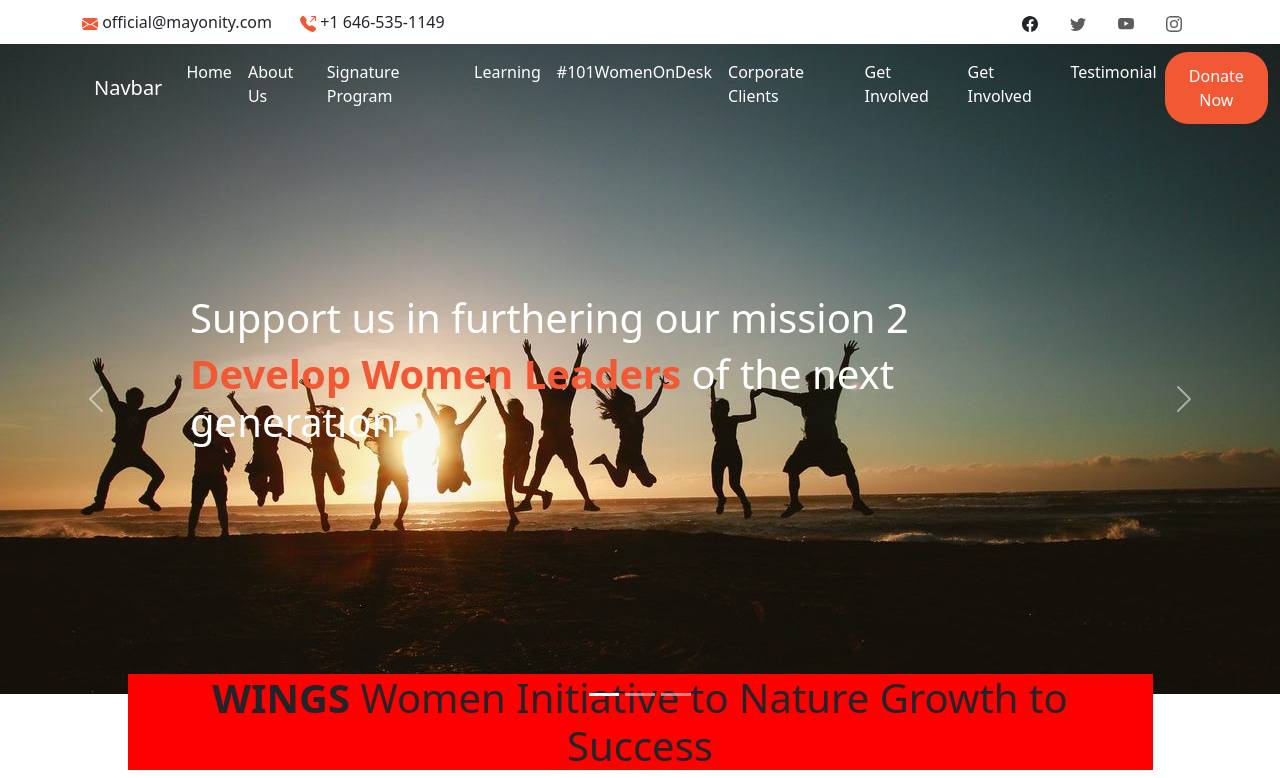
Repository: rizwan-zafar/wings
Page: /
These files come from the project's save history. The page is drawn as it stood at one moment and after a run of saves; the edit follows.
The browser window is 1280 px wide. The pictures show the whole page.
The project was rebuilt for these pictures with package versions that can differ from the ones it lists, and the page was loaded fresh each time.

Above is the page before, as saved 2022-11-27 18:11:11.

After the next 2 saves:
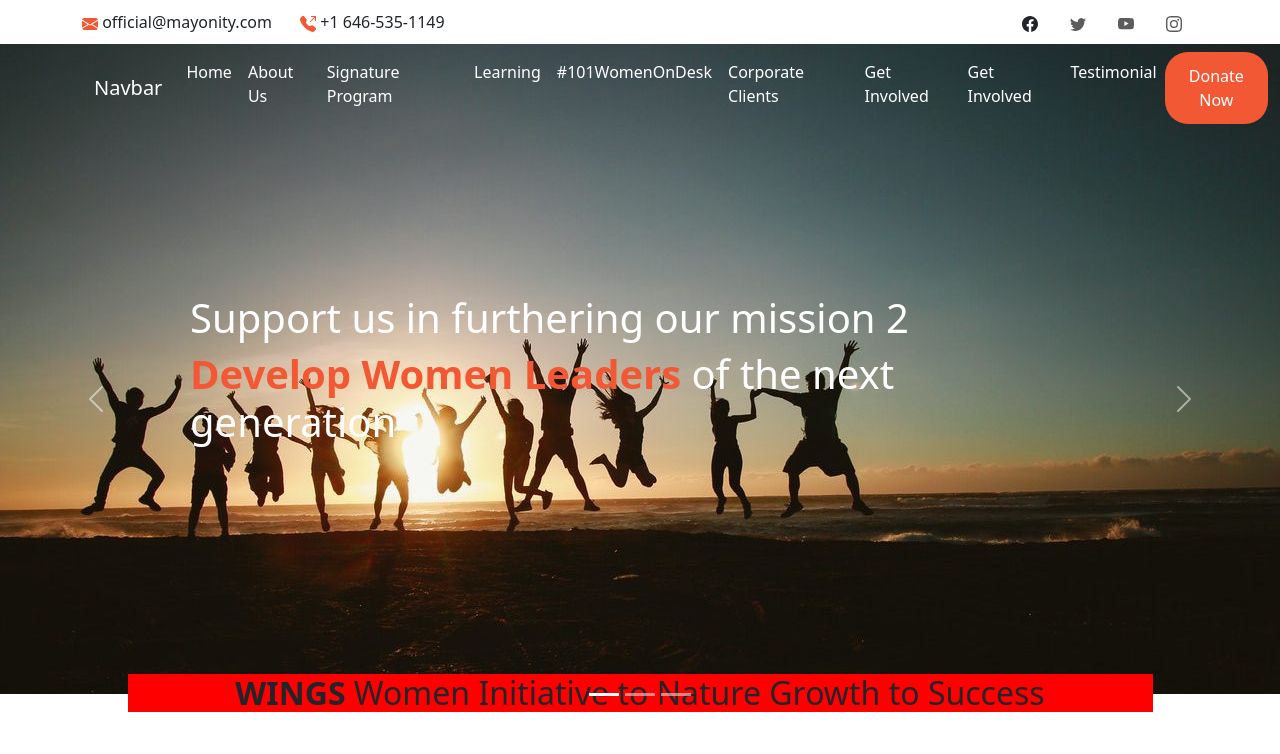
The 2 saves are shown as one change because they came seconds apart.
The last was saved 13 s later.
--- a/src/Components/Slider.js
+++ b/src/Components/Slider.js
@@ -48,7 +48,7 @@ export default function Slider() {
 
             <div className="container text-center slider-footer">
                 <div className="container">
-                    <h1><strong>WINGS</strong> Women Initiative to Nature Growth to Success</h1>
+                    <h2><strong>WINGS</strong> Women Initiative to Nature Growth to Success</h2>
                 </div>
             </div>
         </>
